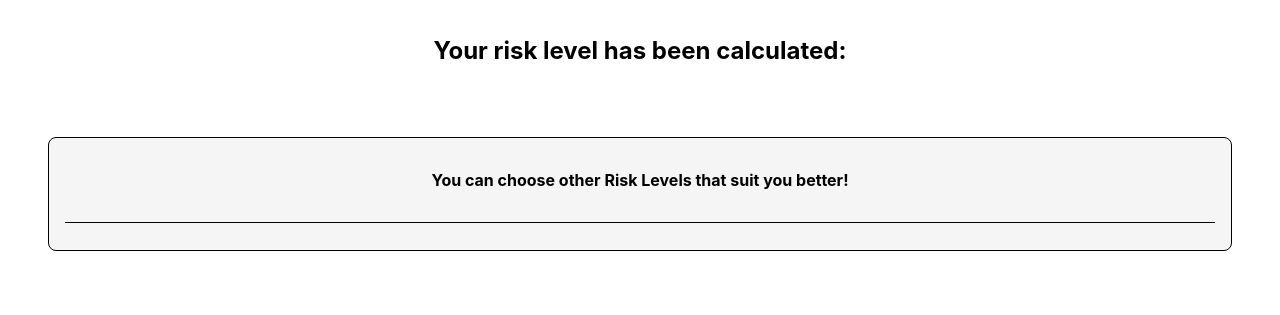
Repository: TheRungtaLibrary/survey
Page: /steps/5
An editor plug-in stored every save of this project. The page is shown before and after the next save, followed by the edit.
The browser window is 1280 px wide. The pictures show the whole page.
The page's requests for data from a server got no answer. The project was rebuilt for these pictures with package versions that can differ from the ones it lists, and the page was loaded fresh each time. No one was signed in, and anything a server would have sent is missing. Also part of the build but not shown: src/components/Steps/Intro/Intro.js, src/components/Steps/Step1/Step1.js, src/components/Steps/Step2/Step2.js, src/components/Steps/Step3/Step3.js, src/components/Steps/Step4/Step4.js.

Above is the page before, as saved 2020-06-15 17:10:21.

### src/App.js
import React from 'react';
import {
  BrowserRouter as Router,
  Switch,
  Route
} from "react-router-dom";
import "./App.scss";
import {SurveyProvider} from "./contexts/SurveyContext";
import Steps from "./components/Steps/Steps";


function App() {
  return (
    <div className="app">
      <Router>
        <Switch>
          <Route path="/">
            <SurveyProvider>
              <Steps />
            </SurveyProvider>
          </Route>
        </Switch>
      </Router>
    </div>
  );

}

export default App;

### src/App.scss
.App {
  text-align: center;
}
.panel {
  background-color: hsl(0, 0%, 95%);
  border-radius: .5rem;
  border: solid 1px black;
  padding: 2rem;
  margin: 2rem;
  background: #f5f5f5;
  font-weight: bold;
  align-items: center;
}

.input-container{
  flex-grow:1;
  padding: 1rem;
  text-align: center;
  flex-direction: column;
  height: auto;
}

.input-container input{
  padding: .5rem .75rem;
  border: solid 1px black;
  border-radius: .15rem;
  text-align: center;
}

.nav-footer {
width: 100%;
display: flex;
border-top: solid 1px black;
margin-top: 1em;
div {
  width: 50%;
}
}

button {
width: auto;
height: 3em;
padding: 1em;
margin-top: 1em;
color: white;
background: skyblue;
border: solid 1px #000;
border-radius: 0.4em;
box-shadow: none;
&:hover {
  color: skyblue;
  background: white;
}
}

ul {
text-align: center;
list-style: none;
color: blue;
& li {
  margin-top: 1em;
}
}

@media screen and (max-width: 580px) and (min-width: 375px) {
  .input-container {
   display: flex;
   flex-flow: column nowrap;
   justify-content: space-around;
   align-items: center;
}
}

.App-link {
  color: #61dafb;
}

@keyframes App-logo-spin {
  from {
    transform: rotate(0deg);
  }
  to {
    transform: rotate(360deg);
  }
}

### src/contexts/SurveyContext.js
import React from "react";
const SurveyContext = React.createContext(null);
export const SurveyConsumer = SurveyContext.Consumer;

/**
 * Survey Context
 * @constructor
 */
export function SurveyProvider({children}) {
    const [info, setInfo] = React.useState([]);
    let [currentStep, setCurrentStep] = React.useState(-1);

    const setSurveyData = ([key,value])  => {
        const objIndex = info.findIndex(obj => {
            return obj[key] !== undefined;
        })

        if(objIndex > -1) {
            const updatedObj = { ...info[objIndex], [key]: value};
            setInfo([ ...info.slice(0, objIndex),updatedObj,...info.slice(objIndex + 1)]);
        }
        else {
            setInfo([...info, {[key]: value}]);
        }

        setCurrentStep(++currentStep);
    }

    const getSurveyData = () => {
        return info;
    };

    const decreaseSurveyStep = ()  => {
        setCurrentStep(--currentStep);
    }

    const increaseSurveyStep = () => {
        setCurrentStep(++currentStep);
    };

    const getCurrentStep = () => {
        return currentStep;
    };

    const resetCurrentStep = () => {
        setCurrentStep(-1);
        setInfo([]);
    };

    const getRiskLevels = async () => {
        const url = new URL('http://localhost:2000/risklevels');
        const response = await fetch(url);
        const jsonData = await response.json();

        return jsonData;
      }

    const surveyContextValue = {
        getSurveyData,
        setSurveyData,
        increaseSurveyStep,
        decreaseSurveyStep,
        getCurrentStep,
        currentStep,
        resetCurrentStep,
        getRiskLevels
    }

    return (
        <SurveyContext.Provider value={surveyContextValue}>
			{children}
		</SurveyContext.Provider>
    );
}

export default SurveyContext;

### src/components/Steps/Steps.js
import React from 'react';
import {BrowserRouter as Router, Route, Switch} from 'react-router-dom';
import Intro from './Intro/Intro';
import Step1 from './Step1/Step1';
import Step2 from './Step2/Step2';
import Step3 from './Step3/Step3';
import Step4 from './Step4/Step4';
import Summary from './Summary/Summary';

/**
* This is the functional component for Home
* @constructor
*/
function Steps(){

	return (
		<Router>
			<div>
                <Switch>
                    <Route exact path='/' component={Intro} />
                    <Route exact path='/intro' component={Intro} />
                    <Route exact path='/steps/1' component={Step1} />
                    <Route exact path="/steps/2" component={Step2} />
                    <Route exact path="/steps/3" component={Step3} />
                    <Route exact path="/steps/4" component={Step4} />
                    <Route exact path="/steps/5" component={Summary} />
                </Switch>
			</div>
		</Router>
	);
}

export default Steps;

### src/components/Steps/Summary/Summary.js
import React, { useEffect } from 'react';
import { useHistory } from 'react-router-dom';
import './Summary.scss';
import SurveyContext from '../../../contexts/SurveyContext';

/**
 * Summary component
 */
const Summary = () => {
  const surveyContext = React.useContext(SurveyContext);
  const surveyInfo = surveyContext.getSurveyData();
  const [riskLevels, setRiskLevels] = React.useState(null);
  const [selectedRisk, setSelectedRisk] = React.useState(null);
  const [isSumbitted, setIsSumbitted] = React.useState(false);
  let selectedRiskName = 0;

  useEffect(() => {
    if(!riskLevels) {
      surveyContext.getRiskLevels()
      .then((value) => calculateRiskLevel(value));
    }
  }, []);

  const calculateRiskLevel = (value) => {
    setRiskLevels(value);
    let score = surveyInfo.reduce((sum, element) => {
      return sum + parseInt(Object.values(element)[0]);
    }, 0);

    setSelectedRisk(value.filter(risk => {
      const avgScore = Math.round(score / 3);

      if (avgScore < 0) {
        return risk.state < 0;
      }
      else if (avgScore > 0) {
        return risk.state > 0;
      }
      else {
        return risk.state === 0;
      }
    })[0]);
  }

  /**
   * onChange Handler for input field
   * @param {Event} event
   */
  const handleOptionChange = (event) => {
    selectedRiskName = event.target.value;
  }

  /**
   * Click Handler for Reset button
   */
  const onSubmit = () => {
    const opts = {
      method: 'post',
      headers: {
        'Content-Type': 'application/json'
      },
      body: JSON.stringify({name: selectedRiskName})
    }

    fetch('http://localhost:2000/userRisk', opts)
    .then(response => {
      return response.json();
    })
    .then(res => {
      if(res) {
        setIsSumbitted(true);
      }
    })

  }

  return (
    <div className="summary-container">
      <h2>Your risk level has been calculated:</h2>
      <br></br>
      <h3>{selectedRisk && selectedRisk.name}</h3>
      <p>{selectedRisk && selectedRisk.description}</p>
      <div className="input-container panel">
        <p>
          <label>You can choose other Risk Levels that suit you better!</label></p>
        <div>
        {riskLevels && selectedRisk && riskLevels.filter(risk => !(risk.state === selectedRisk.state))
            .map((element, index) => (
              <div key={index}>
                <input
                  type="radio"
                  name="risk"
                  value={element.name}
                  onChange={handleOptionChange}
                />
                <label>
                  {element.name}{element.description}
                </label>
              </div>
            ))}
        </div>
        <div className="nav-footer">
          {
          isSumbitted &&
          <div>
            <button onClick={onSubmit}>Submit</button>
          </div>
          }
          {
          isSumbitted &&
          <div>
            <h3>Your choice has been submitted</h3>
            </div>
          }
        </div>
      </div>
    </div>
  );
}

export default Summary;

### src/components/Steps/Intro/Intro.scss
.panel {
    background-color: hsl(0, 0%, 95%);
    border-radius: .5rem;
    border: solid 1px black;
    padding: 2rem;
    margin: 2rem;
    background: #f5f5f5;
    font-weight: bold;
    align-items: center;
  }

.input-container{
    flex-grow:1;
    padding: 1rem;
    text-align: center;
    flex-direction: column;
    height: auto;
}

.input-container input{
    padding: .5rem .75rem;
    border: solid 1px black;
    border-radius: .15rem;
    text-align: center;
}

.nav-footer {
  width: 100%;
  display: flex;
  border-top: solid 1px black;
  margin-top: 1em;
  div {
    width: 50%;
  }
}

button {
  width: auto;
  height: 3em;
  padding: 1em;
  margin-top: 1em;
  color: white;
  background: skyblue;
  border: solid 1px #000;
  border-radius: 0.4em;
  box-shadow: none;
  &:hover {
    color: skyblue;
    background: white;
  }
}

ul {
  text-align: center;
  list-style: none;
  color: blue;
  & li {
    margin-top: 1em;
  }
}

@media screen and (max-width: 580px) and (min-width: 375px) {
    .input-container {
     display: flex;
     flex-flow: column nowrap;
     justify-content: space-around;
     align-items: center;
  }
}

### src/components/Steps/Step1/Step1.scss
.panel {
    background-color: hsl(0, 0%, 95%);
    border-radius: .5rem;
    height: 5rem;
    border: solid 1px black;
    padding: 2rem;
    margin: 2rem;
    background: #f5f5f5;
    font-weight: bold;
    align-items: center;
  }

.input-container{
  display: flex;
  flex-direction: column;
  text-align: center;
}

.input-container input{
    padding: .5rem .75rem;
    border: solid 1px black;
    border-radius: .15rem;
    text-align: center;
}

.nav-footer {
  width: 100%;
  display: flex;
  border-top: solid 1px black;
  div {
    width: 50%;
  }
}

@media screen and (max-width: 580px) and (min-width: 375px) {
    .calculator-widget {
     display: flex;
     flex-flow: column nowrap;
     justify-content: space-around;
     align-items: center;
  }

  .panel{
    height: 10rem;
  }
}

### src/components/Steps/Step2/Step2.scss
.calculator-widget{
    display: flex;
    flex-direction: row nowrap;
}

.panel {
    background-color: hsl(0, 0%, 95%);
    border-radius: .5rem;
    height: 5rem;
    border: solid 1px black;
    padding: 2rem;
    margin: 2rem;
    background: #f5f5f5;
    font-weight: bold;
    align-items: center;
  }

.input-container{
    flex-grow:1;
    padding: 1rem;
    text-align: center;
}

.input-container input{
    padding: .5rem .75rem;
    border: solid 1px black;
    border-radius: .15rem;
    text-align: center;
}

@media screen and (max-width: 580px) and (min-width: 375px) {
    .calculator-widget {
     display: flex;
     flex-flow: column nowrap;
     justify-content: space-around;
     align-items: center;
  }

  .panel{
    height: 10rem;
  }
}

### src/components/Steps/Step3/Step3.scss
.calculator-widget{
    display: flex;
    flex-direction: row nowrap;
}

.panel {
    background-color: hsl(0, 0%, 95%);
    border-radius: .5rem;
    height: 5rem;
    border: solid 1px black;
    padding: 2rem;
    margin: 2rem;
    background: #f5f5f5;
    font-weight: bold;
    align-items: center;
  }

.input-container{
    flex-grow:1;
    padding: 1rem;
    text-align: center;
}

.input-container input{
    padding: .5rem .75rem;
    border: solid 1px black;
    border-radius: .15rem;
    text-align: center;
}

@media screen and (max-width: 580px) and (min-width: 375px) {
    .calculator-widget {
     display: flex;
     flex-flow: column nowrap;
     justify-content: space-around;
     align-items: center;
  }

  .panel{
    height: 10rem;
  }
}

### src/components/Steps/Step4/Step4.scss
.calculator-widget{
    display: flex;
    flex-direction: row nowrap;
}

.panel {
    background-color: hsl(0, 0%, 95%);
    border-radius: .5rem;
    height: 5rem;
    border: solid 1px black;
    padding: 2rem;
    margin: 2rem;
    background: #f5f5f5;
    font-weight: bold;
    align-items: center;
  }

.input-container{
    flex-grow:1;
    padding: 1rem;
    text-align: center;
}

.input-container input{
    padding: .5rem .75rem;
    border: solid 1px black;
    border-radius: .15rem;
    text-align: center;
}

@media screen and (max-width: 580px) and (min-width: 375px) {
    .calculator-widget {
     display: flex;
     flex-flow: column nowrap;
     justify-content: space-around;
     align-items: center;
  }

  .panel{
    height: 10rem;
  }
}

Loaded but not shown: public/index.html (common file); src/index.js (common file); src/index.css (common file); src/serviceWorker.js (common file); src/components/Steps/Summary/Summary.scss (common file)

After the next save:
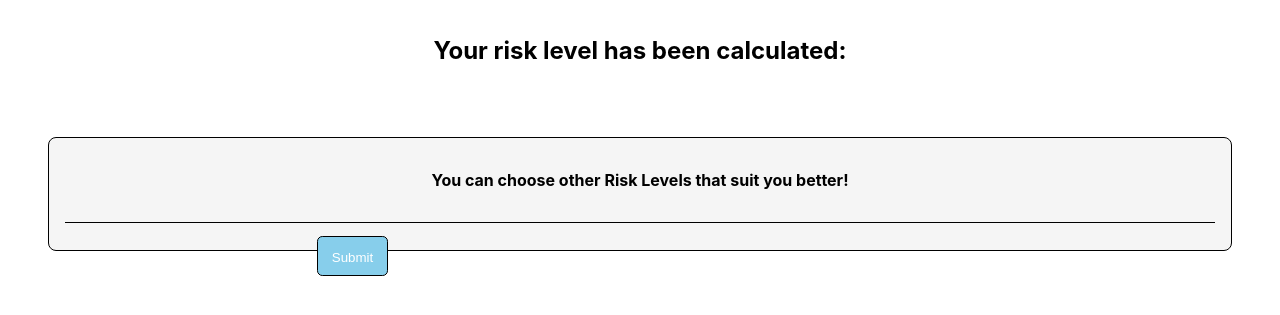
Saved 5 s later.
--- a/src/components/Steps/Summary/Summary.js
+++ b/src/components/Steps/Summary/Summary.js
@@ -101,7 +101,7 @@ const Summary = () => {
         </div>
         <div className="nav-footer">
           {
-          isSumbitted &&
+          !isSumbitted &&
           <div>
             <button onClick={onSubmit}>Submit</button>
           </div>
